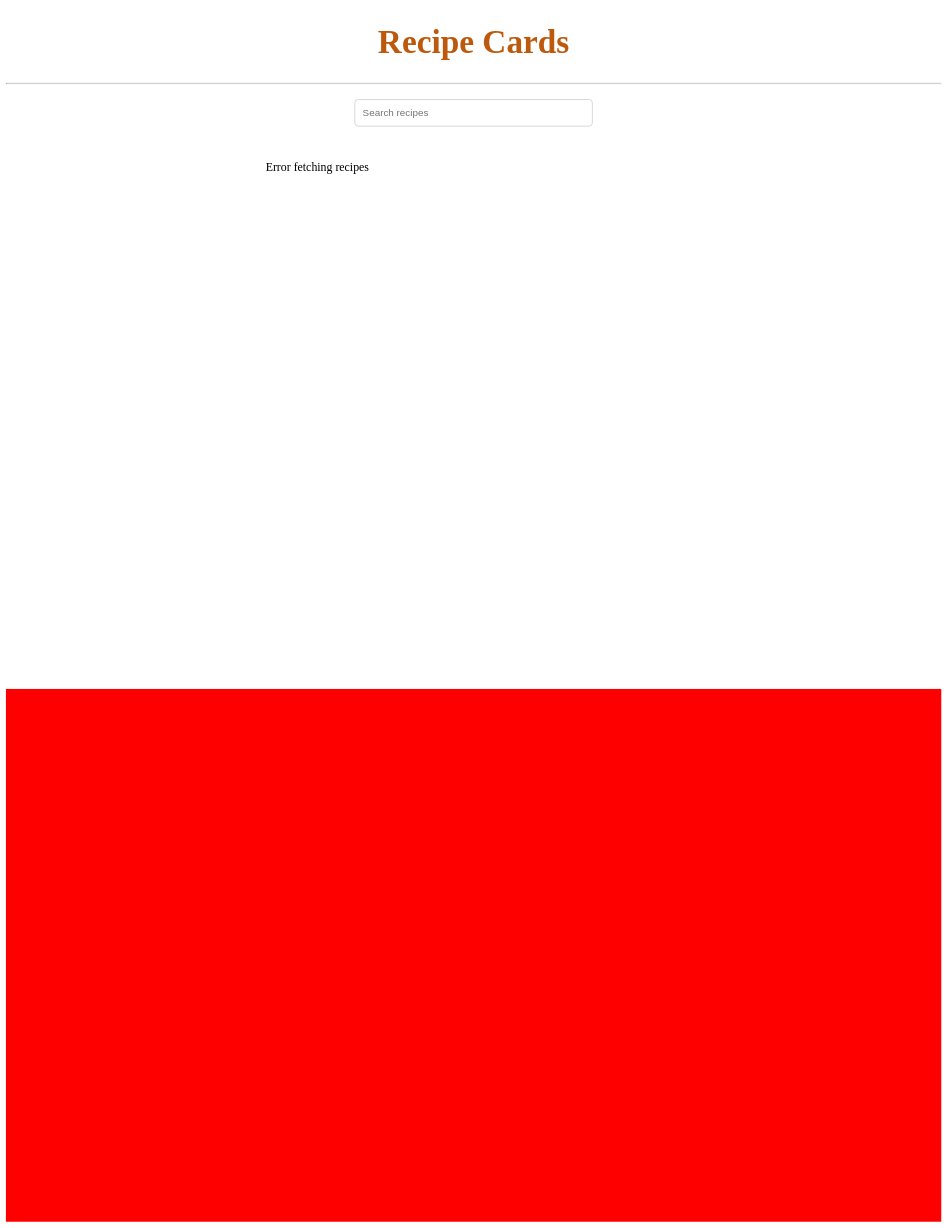
Repository: SharonSebastian32/food-search-filter-
Page: index.html
An editor plug-in stored every save of this project. The page is shown before and after a run of saves, followed by the edit.
The browser window is 1280 px wide. The pictures show the whole page, at 74% of full size.
The page's requests for data from a server got no answer.

Above is the page before, as saved 2024-10-11 12:47:33.

### index.html
<!DOCTYPE html>
<html lang="en">
  <head>
    <meta charset="UTF-8" />
    <meta name="viewport" content="width=device-width, initial-scale=1.0" />
    <title>Recipe Cards</title>
    <style>
      .card {
        border: 1px solid #ddd;
        border-radius: 10px;
        margin: 20px;
        box-shadow: 0 4px 8px rgba(0, 0, 0, 0.1);
        width: 240px;
        display: inline-block;
        vertical-align: top;
      }
      .card img {
        width: 250px;
        height: 200px;
        border-radius: 10px;
      }
      .card h2 {
        font-size: 24px;
        margin: 0 0 10px 0;
        padding: 10px;
      }
      .card p {
        margin: 5px 0;
        padding: 10px;
      }
      .card-container {
        display: flex;
        flex-wrap: wrap;
        justify-content: space-around;
        padding: 10px;
        height: 100vh;

        width: 65%;
        overflow-y: scroll;
      }
      #head1 {
        color: rgb(189, 89, 12);
        font-size: 45px;
        font-weight: 600;
        text-align: center;
      }
      #search-container {
        text-align: center;
        margin: 20px;
      }
      #search-input {
        padding: 10px;
        width: 300px;
        border-radius: 5px;
        border: 1px solid #ccc;
      }
    </style>
  </head>
  <body>
    <h1 id="head1">Recipe Cards</h1>
    <hr />

    <div id="search-container">
      <input type="text" id="search-input" placeholder="Search recipes" />
    </div>

    <div id="recipe-root" class="card-container"></div>

    <section style="background-color: red; height: 100vh"></section>

    <script src="./index.js"></script>
  </body>
</html>

### index.js
let allRecipes = []; // To store fetched recipes

// Function to display recipes
function displayRecipes(recipes) {
  const recipeContainer = document.getElementById("recipe-root");
  recipeContainer.innerHTML = ""; // Clear previous results

  recipes.forEach((recipe) => {
    const card = document.createElement("div");
    card.classList.add("card");

    const img = document.createElement("img");
    img.src = recipe.image;
    img.alt = recipe.name;
    card.appendChild(img);

    const title = document.createElement("h2");
    title.innerText = recipe.name;
    card.appendChild(title);

    const cuisine = document.createElement("p");
    cuisine.innerHTML = `<strong>Cuisine:</strong> ${recipe.cuisine}`;
    card.appendChild(cuisine);

    const ingredients = document.createElement("p");
    ingredients.innerHTML = `<strong>Ingredients:</strong> ${recipe.ingredients.join(
      ", "
    )}`;
    card.appendChild(ingredients);

    recipeContainer.appendChild(card);
  });
}

// Function to fetch recipes from API
async function fetchRecipes() {
  try {
    const response = await fetch("https://dummyjson.com/recipes");
    const data = await response.json();

    allRecipes = data.recipes; // Save all recipes
    displayRecipes(allRecipes); // Initially display all recipes
  } catch (error) {
    console.error("Error fetching recipes:", error);
    const recipeContainer = document.getElementById("recipe-root");
    recipeContainer.innerHTML = "<p>Error fetching recipes</p>"; // Display error message
  }
}

// Function to filter recipes based on search input
function filterRecipes(event) {
  const searchText = event.target.value.toLowerCase();
  const filteredRecipes = allRecipes.filter(
    (recipe) =>
      recipe.name.toLowerCase().includes(searchText) ||
      recipe.cuisine.toLowerCase().includes(searchText) ||
      recipe.ingredients.some((ingredient) =>
        ingredient.toLowerCase().includes(searchText)
      )
  );
  displayRecipes(filteredRecipes);
}

// Add event listener to search input
document
  .getElementById("search-input")
  .addEventListener("input", filterRecipes);

// Call the function to fetch and display recipes
fetchRecipes();

After the next 2 saves:
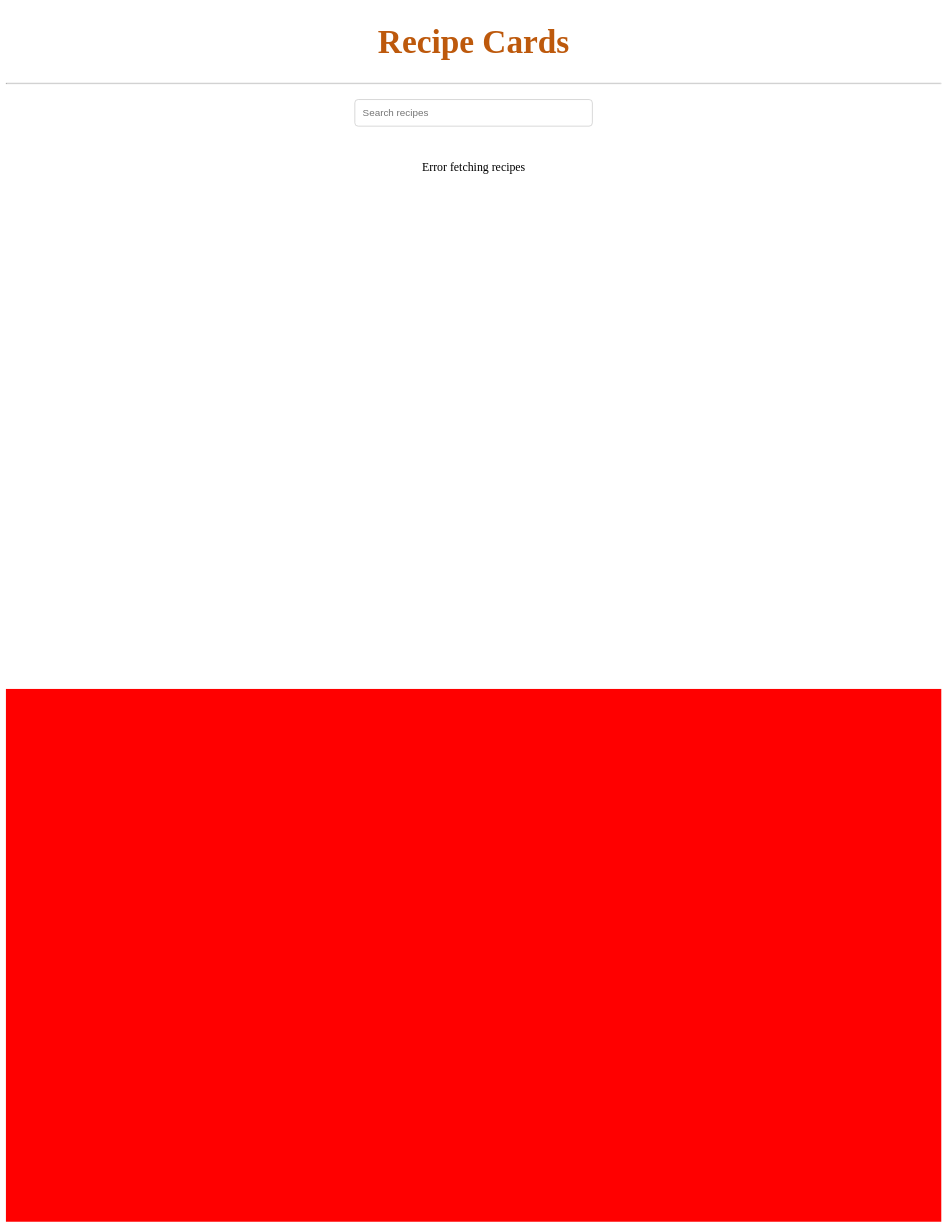
The 2 saves are shown as one change because they came seconds apart.
The last was saved 45 s later.
--- a/index.html
+++ b/index.html
@@ -33,10 +33,34 @@
         flex-wrap: wrap;
         justify-content: space-around;
         padding: 10px;
-        height: 100vh;
+        height: 100vh; /* Set height to full viewport */
+        overflow-y: scroll; /* Enable vertical scrolling */
 
-        width: 65%;
-        overflow-y: scroll;
+        /* Firefox scrollbar properties */
+        scrollbar-width: thin; /* Thin scrollbar */
+        scrollbar-color: #888 #f1f1f1; /* Thumb color and track color */
+      }
+
+      /* WebKit-based browsers (Chrome, Safari) */
+      .card-container::-webkit-scrollbar {
+        width: 12px; /* Width of the scrollbar */
+      }
+
+      /* Track (background of the scrollbar) */
+      .card-container::-webkit-scrollbar-track {
+        background: #f1f1f1; /* Light gray background */
+        border-radius: 10px; /* Rounded corners for the track */
+      }
+
+      /* Handle (scrollbar thumb) */
+      .card-container::-webkit-scrollbar-thumb {
+        background: #888; /* Darker gray thumb */
+        border-radius: 10px; /* Rounded corners for the thumb */
+      }
+
+      /* Handle on hover */
+      .card-container::-webkit-scrollbar-thumb:hover {
+        background: #555; /* Darker shade on hover */
       }
       #head1 {
         color: rgb(189, 89, 12);
